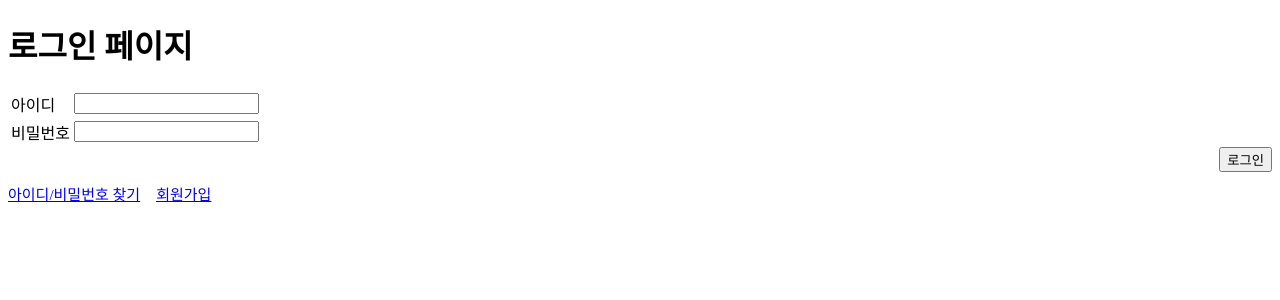
Repository: ksccmp/notice-board
Page: http://localhost/board/login.jsp
The author's editor kept a copy of each file at every save. The page is drawn from the files as they stood at one save, then again after the next save.
The browser window is 1280 px wide. The pictures show the whole page.
The page is served by Tomcat 9. Nobody is signed in. The application's start-up code is not run. Other server files are loaded and not shown.

Above is the page before, as saved 2019-09-18 13:32:26.

### board/src/main/webapp/login.jsp
<%@ page language="java" contentType="text/html; charset=UTF-8"
    pageEncoding="UTF-8"%>
<!DOCTYPE html PUBLIC "-//W3C//DTD HTML 4.01 Transitional//EN" "http://www.w3.org/TR/html4/loose.dtd">
<html>
<head>
<meta http-equiv="Content-Type" content="text/html; charset=UTF-8">
<title>LoginPage</title>
</head>
<style>
	#hreffont {
		font-size: 15px;
	}

	#submitposition {
		float: right;
	}
</style>
<body>
	<h1>로그인 페이지</h1>
	<form method="post" action="">
		<table>
			<tr>
				<td>아이디</td>
				<td><input type="text" id="id" name="id"></td>
			</tr>

			<tr>
				<td>비밀번호</td>
				<td><input type="password" id="password" name="password"></td>
			</tr>
		</table>
		<input type="submit" value="로그인" id="submitposition">
	</form>

	<br><br>
	<a href="#" id="hreffont">아이디/비밀번호 찾기</a> &nbsp;&nbsp;
	<a href="#" id="hreffont">회원가입</a>
</body>
</html>

After the next save:
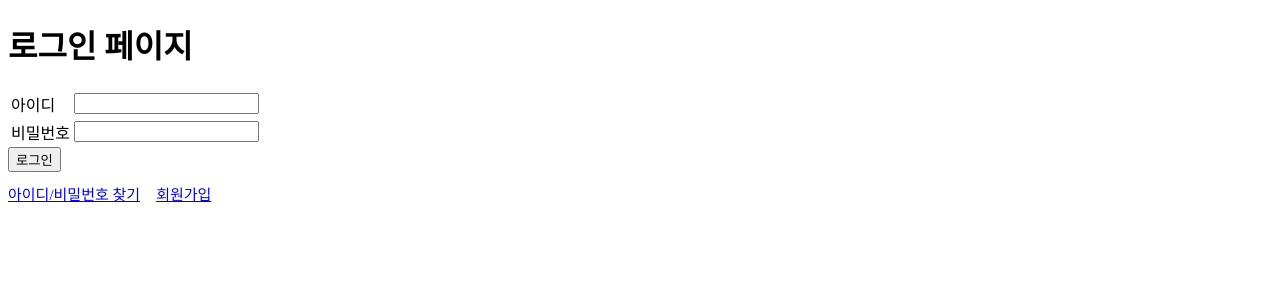
Saved 43 s later.
--- a/board/src/main/webapp/login.jsp
+++ b/board/src/main/webapp/login.jsp
@@ -12,7 +12,7 @@
 	}
 
 	#submitposition {
-		float: right;
+		position: absolute;
 	}
 </style>
 <body>
